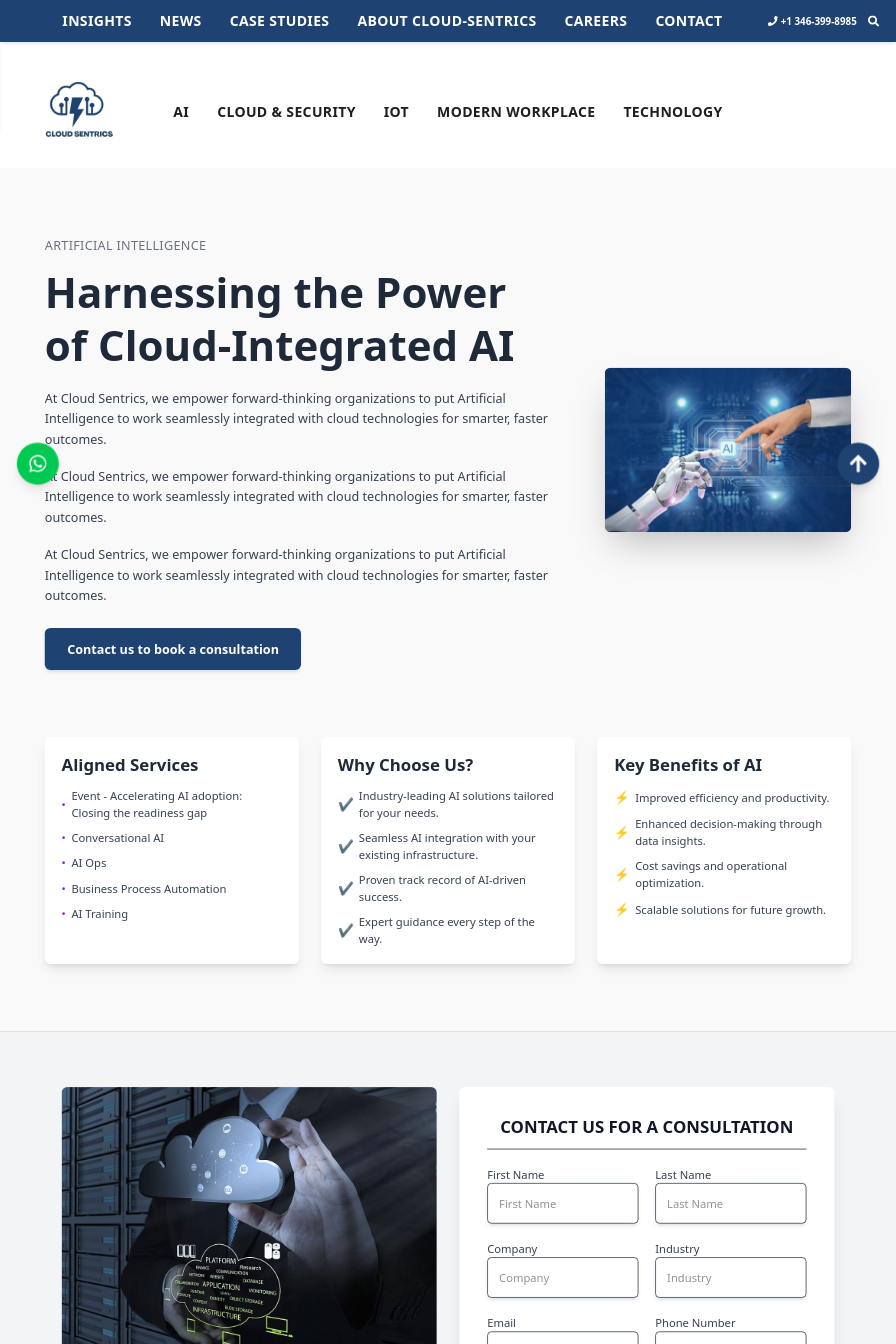
Repository: chykesure/cloudsentrics_
Page: /ai
These files come from the project's save history. The page is drawn as it stood at one moment and after a run of saves; the edit follows.
The browser window is 1280 px wide. The pictures show the part of the page from y = 0 to 1920 px (the page is 3810 px tall before and 3869 px after), at 70% of full size.
The page's requests for data from a server got no answer. The project was rebuilt for these pictures with package versions that can differ from the ones it lists, and the page was loaded fresh each time. No one was signed in, and anything a server would have sent is missing. Also part of the build but not shown: vite.config.js, src/pages/Header.jsx, src/pages/Footer.jsx, src/pages/students/Reviews.jsx, src/pages/students/Testimony.jsx, src/pages/students/TestimonyLanding.jsx, src/pages/LandingPage.jsx, src/pages/students/Header.jsx and 41 more.

Above is the page before, as saved 2025-04-09 20:09:32.

### src/index.css
@import "tailwindcss";

@keyframes zoomInOut {
    0% {
        transform: scale(1);
    }
    100% {
        transform: scale(1.1);
    }
}

.zoom-animation {
    animation: zoomInOut 5s infinite alternate ease-in-out;

}

### src/App.jsx
import { BrowserRouter as Router, Routes, Route } from "react-router-dom";
import LandingPage from "./pages/LandingPage";
import StudentPage from "./pages/students/StudentPage";
import AboutUs from "./pages/students/AboutUs/AboutUs";
import "./App.css";
import AWS from "./pages/students/courses/AWS";
import DevSecOps from "./pages/students/courses/DevSecOps";
import AZURE from "./pages/students/courses/AZURE";
import Blogs from "./pages/students/blogs/Blogs";
import EventsPage from "./pages/students/events/EventsPage";
import FloatsButtons from "./pages/FloatsButtons";
import PartnerPage from "./pages/partners/home/PartnerPage";
import Ai from "./pages/partners/menu/ai";
import CloudSecurity from "./pages/partners/menu/cloudsecurity";
import IOT from "./pages/partners/menu/iot";
import Technology from "./pages/partners/menu/technology";
import Workplace from "./pages/partners/menu/workplace";
import InsightMenu from "./pages/partners/main_menu/insight";
import NewsPage from "./pages/partners/main_menu/news";
import CaseStudy from "./pages/partners/main_menu/casestudy";
import AboutCloud from "./pages/partners/main_menu/aboutus";
import Careers from "./pages/partners/main_menu/careers";
import ContactUs from "./pages/partners/main_menu/contact";

function App() {
  return (
    <Router>
      <div className="flex flex-col min-h-screen">
        {/* Floating Buttons will always be visible */}
        <FloatsButtons />

        <div className="flex-grow pt-20"> {/* Adjust padding-top based on header height */}
          <Routes>

            {/* Student Section */}
            <Route path="/" element={<LandingPage />} />
            <Route path="/StudentPage" element={<StudentPage />} />
            <Route path="/about" element={<AboutUs />} />
            <Route path="/courses/AWS" element={<AWS />} />
            <Route path="/courses/Azure" element={<AZURE />} />
            <Route path="/courses/DevSecOps" element={<DevSecOps />} />
            <Route path="/blog" element={<Blogs />} />
            <Route path="/events" element={<EventsPage />} />

            {/* The Partner Section */}
            <Route path="/PartnerPage" element={<PartnerPage />} />
            <Route path="/ai" element={<Ai />} />
            <Route path="/cloud-security" element={<CloudSecurity />} />
            <Route path="/iot" element={<IOT />} />
            <Route path="/technology" element={<Technology />} />
            <Route path="/modern-workplace" element={<Workplace />} />
            <Route path="/insights" element={<InsightMenu />} />
            <Route path="/news" element={<NewsPage />} />
            <Route path="/case-studies" element={<CaseStudy />} />
            <Route path="/about-cloudsentrics" element={<AboutCloud />} />
            <Route path="/careers" element={<Careers />} />
            <Route path="/contact" element={<ContactUs />} />
          </Routes>
        </div>
      </div>
    </Router>
  );
}

export default App;

### src/pages/FloatsButtons.jsx
import { FaWhatsapp, FaArrowUp } from "react-icons/fa";
import { motion } from "framer-motion";

const FloatsButtons = () => {
    const scrollToTop = () => {
        window.scrollTo({ top: 0, behavior: "smooth" });
    };

    return (
        <>
            {/* Floating WhatsApp Button (Left) */}
            <motion.a
                href="https://wa.me/message/62QVNSESZ56FC1"
                target="_blank"
                rel="noopener noreferrer"
                className="fixed bottom-6 left-6 bg-green-500 text-white p-4 rounded-full shadow-lg flex items-center justify-center z-50"
                title="Chat with us on WhatsApp"
                animate={{ y: [0, -10, 0] }}
                transition={{ duration: 1.5, repeat: Infinity, repeatType: "reverse", ease: "easeInOut" }}
                whileHover={{ scale: 1.2 }}
            >
                <FaWhatsapp size={28} />
            </motion.a>

            {/* Floating Back to Top Button (Right) */}
            <motion.button
                onClick={scrollToTop}
                className="fixed bottom-6 right-6 bg-[#1e4272] text-white p-4 rounded-full shadow-lg flex items-center justify-center z-50"
                title="Back to Top"
                animate={{ y: [0, -10, 0] }}
                transition={{ duration: 1.5, repeat: Infinity, repeatType: "reverse", ease: "easeInOut" }}
                whileHover={{ scale: 1.2 }}
            >
                <FaArrowUp size={28} />
            </motion.button>
        </>
    );
};

export default FloatsButtons;

### src/pages/partners/menu/ai.jsx
import React from "react";
import Header from "../Header";
import { motion } from "framer-motion";
import { Link } from "react-router-dom";
import FormsPage from "./forms";
import RelatedServices from "./services";
import Footer from "../home/Footer";

const logo = "/assets/logo.jpg";
const aibg = "/assets/ai.jpg";

const Ai = () => {
    return (
        <div className="min-h-screen bg-[#0d1b2a] text-white">
            {/* Header Section */}
            <div className="flex justify-center px-6 md:px-12 py-6 bg-white shadow-lg w-full h-28 md:h-32 lg:h-40">
                <div className="flex items-center justify-between w-full max-w-[1200px] mx-auto h-full">

                    {/* Left: Logo and Branding - Fully Left-Aligned */}
                    <div className="absolute left-0 flex items-center w-auto h-full">
                        <Link to="/PartnerPage">
                            <img
                                src={logo}
                                alt="Cloudsentrics Logo"
                                className="h-20 md:h-28 lg:h-34 w-auto ml-9 transition-all duration-300"
                            />
                        </Link>
                    </div>

                    {/* Right: Navigation Menu - Centered */}
                    <motion.div
                        className="hidden md:flex flex-grow justify-center items-center space-x-6 lg:space-x-10 text-lg md:text-xl font-bold text-[#1e1e1e] tracking-wide h-full"
                        initial={{ opacity: 0, y: -10 }}
                        animate={{ opacity: 1, y: 0 }}
                        transition={{ duration: 0.6, ease: "easeOut" }}
                    >
                        {[
                            { label: "AI", path: "/ai" },
                            { label: "CLOUD & SECURITY", path: "/cloud-security" },
                            { label: "IOT", path: "/iot" },
                            { label: "MODERN WORKPLACE", path: "/modern-workplace" },
                            { label: "TECHNOLOGY", path: "/technology" }
                        ].map((item, index) => (
                            <Link key={index} to={item.path}>
                                <motion.span
                                    className="cursor-pointer transition-all duration-300 hover:text-blue-600 hover:scale-105 whitespace-nowrap"
                                    whileHover={{ scale: 1.1 }}
                                >
                                    {item.label}
                                </motion.span>
                            </Link>
                        ))}
                    </motion.div>

                </div>
            </div>



            <Header />

            {/* AI Section */}
            <section className="bg-[#f9f9f9] px-6 md:px-16 py-16 lg:py-24 grid grid-cols-1 lg:grid-cols-3 gap-12">
                {/* Left Text Content */}
                <div className="lg:col-span-2 animate__animated animate__fadeIn flex-shrink-0 space-y-6">
                    {/* Heading Section */}
                    <div className="text-center lg:text-left">
                        <h3 className="text-lg font-medium text-gray-500 uppercase tracking-wide">Artificial Intelligence</h3>
                        <h1 className="text-4xl md:text-5xl lg:text-6xl font-bold leading-tight mt-4 text-gray-800">
                            Harnessing the Power <br />  of Cloud-Integrated AI
                        </h1>
                    </div>

                    {/* Paragraph Content */}
                    <p className="text-lg text-gray-700 mt-6 leading-relaxed">
                        At Cloud Sentrics, we empower forward-thinking organizations to put Artificial Intelligence to work seamlessly integrated with cloud technologies for smarter, faster outcomes.
                    </p>
                    <p className="text-lg text-gray-700 mt-6 leading-relaxed">
                        At Cloud Sentrics, we empower forward-thinking organizations to put Artificial Intelligence to work seamlessly integrated with cloud technologies for smarter, faster outcomes.
                    </p>
                    <p className="text-lg text-gray-700 mt-6 leading-relaxed">
                        At Cloud Sentrics, we empower forward-thinking organizations to put Artificial Intelligence to work seamlessly integrated with cloud technologies for smarter, faster outcomes.
                    </p>

                    {/* Call to Action Button */}
                    <div className="flex justify-center lg:justify-start mt-8">
                        <a
                            href="#"
                            className="bg-[#1e4272] text-white text-center py-4 px-8 rounded-lg font-semibold text-lg shadow-md hover:bg-purple-800 hover:scale-105 transition duration-300 ease-in-out transform hover:translate-y-1 w-full md:w-auto"
                        >
                            Contact us to book a consultation
                        </a>
                    </div>
                </div>


                {/* Right AI Image */}
                <div className="lg:col-span-1 flex justify-center items-center flex-shrink-0">
                    <motion.img
                        src={aibg}
                        alt="AI Representation"
                        className="w-full max-w-lg rounded-lg shadow-2xl"
                        animate={{ y: [0, -10, 0] }}
                        transition={{ duration: 1.5, repeat: Infinity, ease: "easeInOut" }}
                    />
                </div>

                {/* Bottom Section */}
                <div className="lg:col-span-3 flex flex-col gap-6 w-full">

                    {/* Grid Content */}
                    <div className="grid grid-cols-1 md:grid-cols-2 lg:grid-cols-3 gap-8 mt-12 w-full">
                        {/* Aligned Services */}
                        <div className="bg-white p-6 rounded-lg shadow-lg border-gray-200 hover:scale-105 hover:shadow-xl flex-shrink-0 w-full">
                            <h4 className="text-2xl font-semibold text-gray-800">Aligned Services</h4>
                            <ul className="mt-4 space-y-3 text-gray-700">
                                {[
                                    "Event - Accelerating AI adoption: Closing the readiness gap",
                                    "Conversational AI",
                                    "AI Ops",
                                    "Business Process Automation",
                                    "AI Training"
                                ].map((service, index) => (
                                    <li key={index} className="flex items-center space-x-2">
                                        <span className="text-purple-600">•</span>
                                        <span>{service}</span>
                                    </li>
                                ))}
                            </ul>
                        </div>

                        {/* Why Choose Us? */}
                        <div className="bg-white p-6 rounded-lg shadow-lg border-gray-200 hover:scale-105 hover:shadow-xl flex-shrink-0 w-full">
                            <h4 className="text-2xl font-semibold text-gray-800">Why Choose Us?</h4>
                            <ul className="mt-4 space-y-3 text-gray-700">
                                {[
                                    "Industry-leading AI solutions tailored for your needs.",
                                    "Seamless AI integration with your existing infrastructure.",
                                    "Proven track record of AI-driven success.",
                                    "Expert guidance every step of the way."
                                ].map((reason, index) => (
                                    <li key={index} className="flex items-center space-x-2">
                                        <span className="text-green-600 text-lg">✔</span>
                                        <span>{reason}</span>
                                    </li>
                                ))}
                            </ul>
                        </div>

                        {/* Key Benefits of AI */}
                        <div className="bg-white p-6 rounded-lg shadow-lg border-gray-200 hover:scale-105 hover:shadow-xl flex-shrink-0 w-full">
                            <h4 className="text-2xl font-semibold text-gray-800">Key Benefits of AI</h4>
                            <ul className="mt-4 space-y-3 text-gray-700">
                                {[
                                    "Improved efficiency and productivity.",
                                    "Enhanced decision-making through data insights.",
                                    "Cost savings and operational optimization.",
                                    "Scalable solutions for future growth."
                                ].map((benefit, index) => (
                                    <li key={index} className="flex items-center space-x-2">
                                        <span className="text-blue-600 text-lg">⚡</span>
                                        <span>{benefit}</span>
                                    </li>
                                ))}
                            </ul>
                        </div>
                    </div>
                </div>
            </section>

            <section className="px-4 sm:px-6 md:px-6 lg:px-8 py-8 bg-gray-100">
                <FormsPage />
            </section>

            <section className="px-4 sm:px-6 md:px-6 lg:px-8 py-8 bg-gray-100">
                <RelatedServices />
            </section>

            {/* Footer Section */}
            <section className="px-0 sm:px-0 md:px-0 lg:px-0 py-8 bg-gray-100 w-full">
                <Footer />
            </section>

        </div>
    );
};

export default Ai;

### src/pages/partners/home/Footer.jsx
import React from 'react';
import { FaLinkedin, FaXTwitter, FaInstagram } from 'react-icons/fa6';
import { Link } from 'react-router-dom';

function Footer() {
    return (
        <footer className="bg-white text-black py-6 border-t border-gray-300 text-sm w-full">
            <div className="w-full px-6 lg:px-12">
                {/* Main Footer Section */}
                <div className="flex flex-col md:flex-row justify-between items-center text-center md:text-left">
                    <h3 className="font-bold text-lg text-blue-900">Powering Cloud-Integrated Digital Transformation</h3>

                    {/* Social Icons */}
                    <div className="flex space-x-4 mt-4 md:mt-0">
                        <a href="https://www.linkedin.com/posts/cloud-sentrics_cloud-sentrics-linkedin-activity-7291379079860117505-ve54?utm_source=share&utm_medium=member_android" target="_blank" rel="noopener noreferrer" className="text-gray-600 hover:text-black">
                            <FaLinkedin size={20} />
                        </a>
                        <a href="https://x.com/CloudSentrics" target="_blank" rel="noopener noreferrer" className="text-gray-600 hover:text-black">
                            <FaXTwitter size={20} />
                        </a>
                        <a href="https://www.instagram.com/cloudsentrics/" target="_blank" rel="noopener noreferrer" className="text-gray-600 hover:text-black">
                            <FaInstagram size={20} />
                        </a>
                    </div>
                </div>

                {/* Footer Links */}
                <div className="mt-4 text-center md:text-left">
                    <p>© {new Date().getFullYear()} All rights reserved |
                        <Link to="#" className="ml-2 hover:text-blue-600">Privacy Notice</Link> |
                        <Link to="#" className="ml-2 hover:text-blue-600">Terms & Conditions</Link> |
                        <Link to="#" className="ml-2 hover:text-blue-600">Website T&Cs</Link> |
                        <Link to="#" className="ml-2 hover:text-blue-600">Cookies Policy</Link> |
                        <Link to="#" className="ml-2 hover:text-blue-600">Anti-Slavery Policy</Link> |
                        <Link to="#" className="ml-2 hover:text-blue-600">Sitemap</Link> |
                        <Link to="#" className="ml-2 hover:text-blue-600">Learn more</Link>
                    </p>
                </div>
            </div>
        </footer>
    );
}

export default Footer;

### src/pages/partners/menu/services.jsx
import React from "react";
import { motion } from "framer-motion";

const ai_trainning = "/assets/ai_trainning.jpg";
const ai_conversation = "/assets/ai_conversation.jpg";
const ai_ops = "/assets/ai_ops.jpg";
const bpa = "/assets/bpa.jpg";

const RelatedServices = () => {
    const services = [
        {
            title: "Conversational AI",
            description:
                "Boost engagement and productivity with a next generation customer experience",
            image: ai_conversation,
        },
        {
            title: "AI Ops",
            description:
                "Ensure resilience and prevent and resolve incidents with AIOps",
            image: ai_ops,
        },
        {
            title: "Business Process Automation",
            description:
                "Accelerate how work gets done and amplify digital efficiencies",
            image: bpa,
        },
        {
            title: "AI Training",
            description:
                "Discover the true business value of artificial intelligence",
            image: ai_trainning,
        },
    ];

    return (
        <section className="py-12 bg-gray-100">
            <div className="container mx-auto px-6 text-center">
                <h2 className="text-3xl font-bold text-gray-900 mb-6">
                    Related Services
                </h2>
                <div className="w-16 h-1 bg-blue-600 mx-auto mb-8"></div>
                <div className="grid grid-cols-1 md:grid-cols-2 lg:grid-cols-4 gap-8">
                    {services.map((service, index) => (
                        <motion.div
                            key={index}
                            className="relative bg-white rounded-lg shadow-lg overflow-hidden min-h-[400px]"
                            whileHover={{ scale: 1.05, y: -5 }}
                            transition={{ type: "spring", stiffness: 200, damping: 10 }}
                        >
                            <img
                                src={service.image}
                                alt={service.title}
                                className="w-full h-64 md:h-80 object-cover"
                            />
                            <div className="p-6">
                                <h3 className="text-xl font-semibold text-gray-800 mb-2">
                                    {service.title}
                                </h3>
                                <p className="text-gray-600">{service.description}</p>
                            </div>
                        </motion.div>
                    ))}
                </div>
            </div>
        </section>
    );
};

export default RelatedServices;

Loaded but not shown: index.html (common file); src/main.jsx (common file); src/pages/students/AboutUs/AboutUs.jsx (399 lines, source omitted); src/pages/partners/menu/forms.jsx (209 lines, source omitted); src/pages/partners/Header.jsx (114 lines, source omitted)

After the next 2 saves:
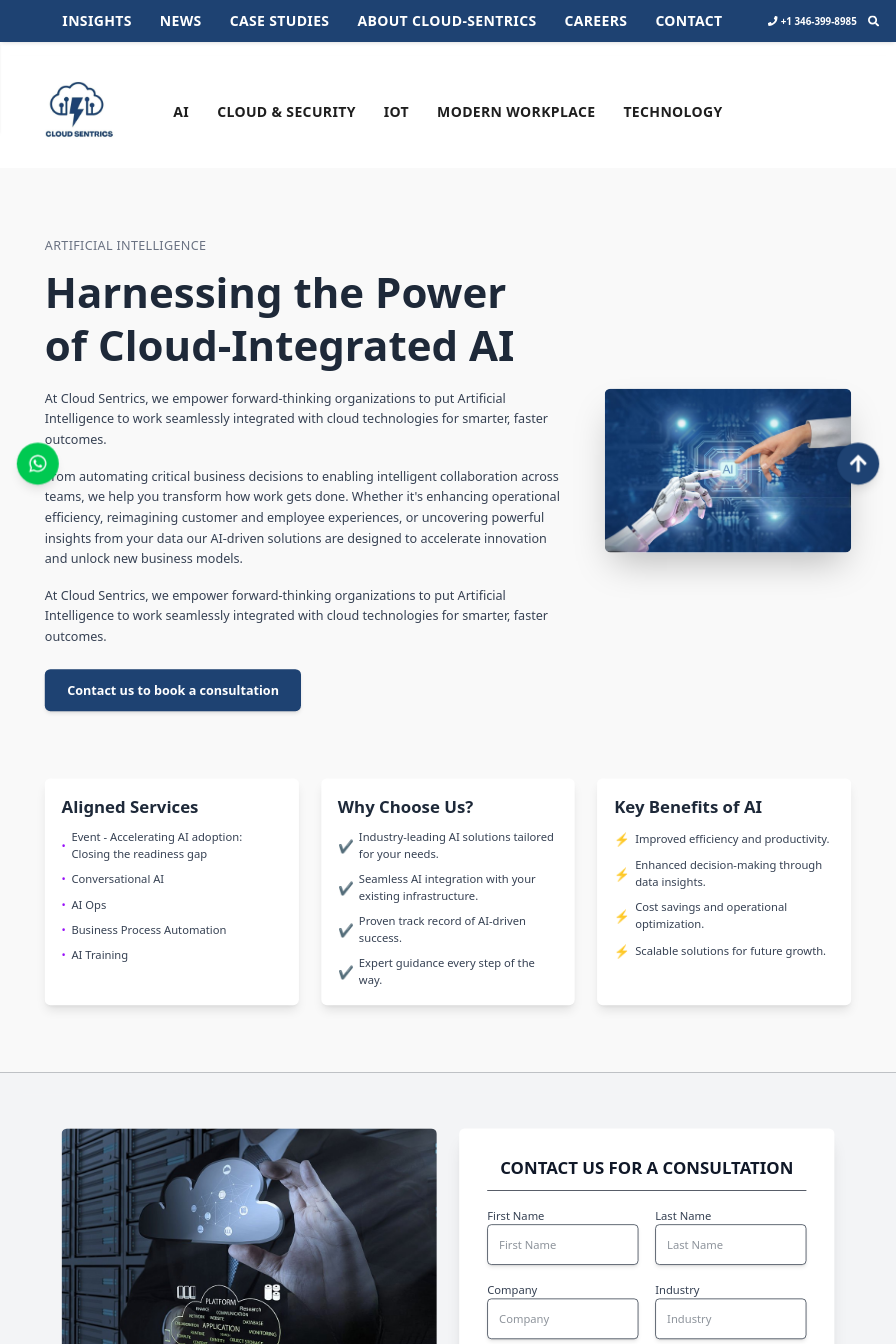
The 2 saves are shown as one change because they came seconds apart.
The last was saved 24 s later.
--- a/src/pages/partners/menu/ai.jsx
+++ b/src/pages/partners/menu/ai.jsx
@@ -76,7 +76,7 @@
                         At Cloud Sentrics, we empower forward-thinking organizations to put Artificial Intelligence to work seamlessly integrated with cloud technologies for smarter, faster outcomes.
                     </p>
                     <p className="text-lg text-gray-700 mt-6 leading-relaxed">
-                        At Cloud Sentrics, we empower forward-thinking organizations to put Artificial Intelligence to work seamlessly integrated with cloud technologies for smarter, faster outcomes.
+                    From automating critical business decisions to enabling intelligent collaboration across teams, we help you transform how work gets done. Whether it's enhancing operational efficiency, reimagining customer and employee experiences, or uncovering powerful insights from your data our AI-driven solutions are designed to accelerate innovation and unlock new business models.
                     </p>
                     <p className="text-lg text-gray-700 mt-6 leading-relaxed">
                         At Cloud Sentrics, we empower forward-thinking organizations to put Artificial Intelligence to work seamlessly integrated with cloud technologies for smarter, faster outcomes.
